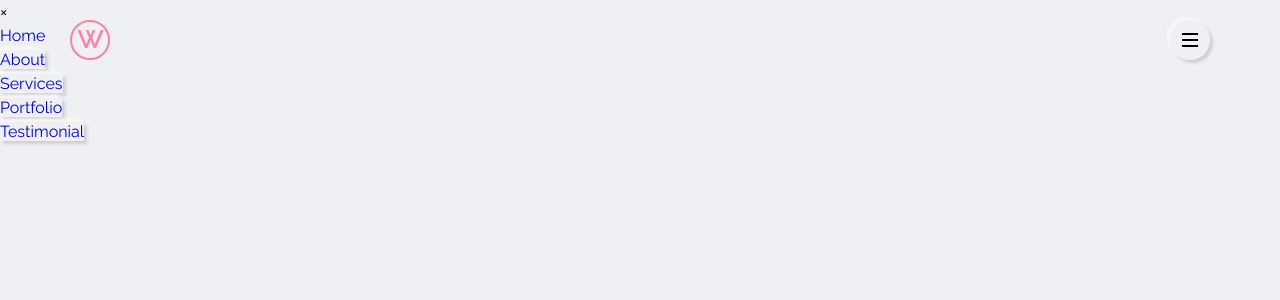
Repository: Mohamed-Hema/Personal-Portfolio---webshala
Page: index.html
These files come from the project's save history. The page is drawn as it stood at one moment and after the next save; the edit follows.
The browser window is 1280 px wide. The pictures show the whole page.

Above is the page before, as saved 2021-05-02 14:06:25.

### index.html
<!DOCTYPE html>
<html lang="zxx">
<head>
  <meta charset="utf-8">
  <title>Personal Portfolio Website</title>
  <meta name="viewport" content="width=device-width,initial-scale=1.0">
  <!-- font awesome -->
  <link rel="stylesheet" type="text/css" href="css/font-awesome.css">
  <!-- main css -->
  <link rel="stylesheet" type="text/css" href="css/style.css">
</head>
<body>
    <!-- Start Header -->
    <header class="header">
      <div class="container">
        <div class="row justify-content-between">
          <div class="logo">
            <a href="index.html">w</a>
          </div>
          <div class="hamburger-btn outer-shadow hover-in-shadow">
            <span></span>
          </div>
        </div>
      </div>
    </header>
    <!-- End Header -->
    <!-- Start NavBar -->
    <nav class="nav-menu">
      <div class="close-nav-menu">&times;</div>
      <div class="nav-menu-inner">
        <ul>
          <li><a href="#" class="inner-shadow active">Home</a></li>
          <li><a href="#" class="outer-shadow hover-in-shadow">About</a></li>
          <li><a href="#" class="outer-shadow hover-in-shadow">Services</a></li>
          <li><a href="#" class="outer-shadow hover-in-shadow">Portfolio</a></li>
          <li><a href="#" class="outer-shadow hover-in-shadow">Testimonial</a></li>
        </ul>
      </div>
    </nav>

    <!-- End NavBar -->

<!-- main js -->
<script src="js/main.js"></script>
<!-- style switcher js -->
<script src="js/style-switcher.js"></script>
</body>
</html>

### css/style.css
/* Start Global Styles */
/* Fonts */
@import url('https://fonts.googleapis.com/css2?family=Raleway&display=swap');
@import url("skins/color-1.css");

/* Define Custom Css Variables */
:root{
    --bg-black-900: #000;
    --bg-black-100: #ddd;
    --bg-black-50:#eff0f4;
    --text-black-900:#000;
    --text-black-700: #555;
    --text-black-600: #666;
    --text-black-300: #bbb;
    --outer-shadow: 3px 3px 3px #d0d0d0, -3px -3px 3px #f8f8f8;
    --outer-shadow-0: 0 0 0 #d0d0d0, 0 0 0 #f8f8f8;
    --inner-shadow: inset 3px 3px 3px #d0d0d0, inset -3px -3px 3px #f8f8f8;
}

body{
    font-size: 16px;
    line-height: 1.5;
    overflow-x: hidden;
    background-color: var(--bg-black-50);
}
*:not(i){
    font-family: 'Raleway', sans-serif;
    font-weight: 400;
}
*,
*::before,
*::after{
    margin: 0;
    padding: 0;
    box-sizing: border-box;
    outline: none;
}
a{
    text-decoration: none;
}
ul{
    list-style: none;
    margin: 0;
    padding: 0;
}
img{
    vertical-align: middle;
    max-width: 100%;
}
.container{
    max-width: 1140px;
    margin: auto;
}
.row{
    display: flex;
    flex-wrap: wrap;
}

.justify-content-between{
    justify-content: space-between;
}
.outer-shadow{
    box-shadow: var(--outer-shadow);
}
.hover-in-shadow{
    position: relative;
    z-index: 1;
}
.hover-in-shadow:hover{
    box-shadow: var(--outer-shadow-0);
}
.hover-in-shadow::after{
    content: '';
    position: absolute;
    left: 0;
    top: 0;
    width: 100%;
    height: 100%;
    transition: all .3s ease;
}
.hover-in-shadow:hover::after{
    box-shadow: var(--inner-shadow);

}
/* End Global Styles */
/* Start Header */
.header{
    padding: 20px 15px;
    position: absolute;
    width: 100%;
    top: 0;
    left: 0;
    z-index: 99;
}
.header .logo a{
    display: inline-block;
    text-align: center;
    line-height: 36px;
    height: 40px;
    width: 40px;
    font-size: 24px;
    color: var(--skin-color);
    border-radius: 50%;
    border: 2px solid var(--skin-color);
    font-weight: 600;
    text-transform: uppercase;
}
.header .hamburger-btn{
    height: 40px;
    width: 40px;
    display: flex;
    align-items: center;
    cursor: pointer;
    border-radius: 50%;
    justify-content: center;
    transition: all .3s ease;
}
.header .hamburger-btn::after{
    border-radius: 50%;

}
.header .hamburger-btn span{
    display: block;
    height: 2px;
    width: 16px;
    background-color: var(--bg-black-900);
    position: relative;
}
.header .hamburger-btn span::before,
.header .hamburger-btn span::after{
    content: '';
    position: absolute;
    left: 0;
    width: 100%;
    height: 100%;
    background-color: var(--bg-black-900);
}
.header .hamburger-btn span::before{
    top: -6px;
}
.header .hamburger-btn span::after{
    top: 6px;
}


/* End Header */

Loaded but not shown: css/font-awesome.css (library); css/skins/color-1.css (common file); js/main.js (no stored copy; drawn as an empty file); js/style-switcher.js (no stored copy; drawn as an empty file)

After the next save:
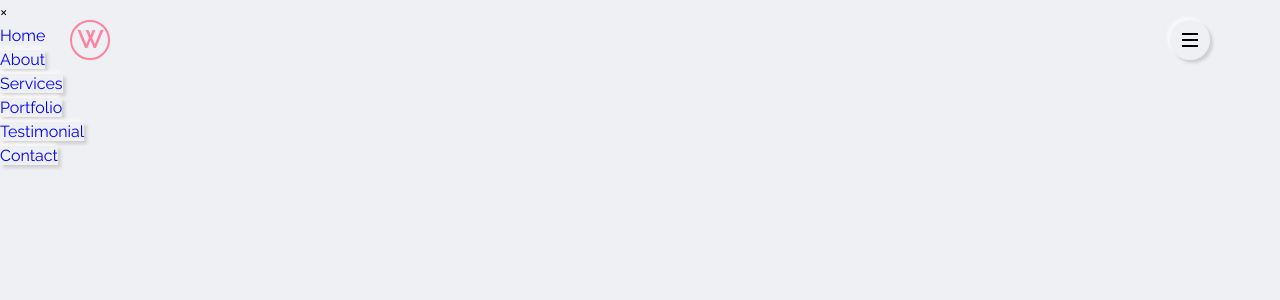
Saved 6 s later.
--- a/index.html
+++ b/index.html
@@ -34,6 +34,7 @@
           <li><a href="#" class="outer-shadow hover-in-shadow">Services</a></li>
           <li><a href="#" class="outer-shadow hover-in-shadow">Portfolio</a></li>
           <li><a href="#" class="outer-shadow hover-in-shadow">Testimonial</a></li>
+          <li><a href="#" class="outer-shadow hover-in-shadow">Contact</a></li>
         </ul>
       </div>
     </nav>
